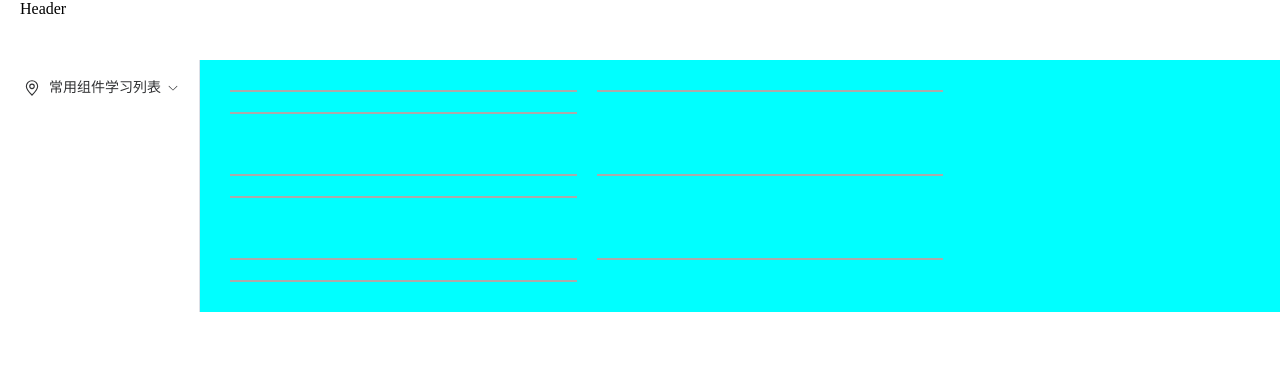
Repository: 553559555/vue3-project
Page: /#/index (app in vue3-app/)
An editor plug-in stored every save of this project. The page is shown before and after the next save, followed by the edit.
The browser window is 1280 px wide. The pictures show the whole page.
The project was rebuilt for these pictures with package versions that can differ from the ones it lists, and the page was loaded fresh each time. Also part of the build but not shown: vue3-app/vite.config.ts.

Above is the page before, as saved 2025-03-24 10:51:40.

After the next save:
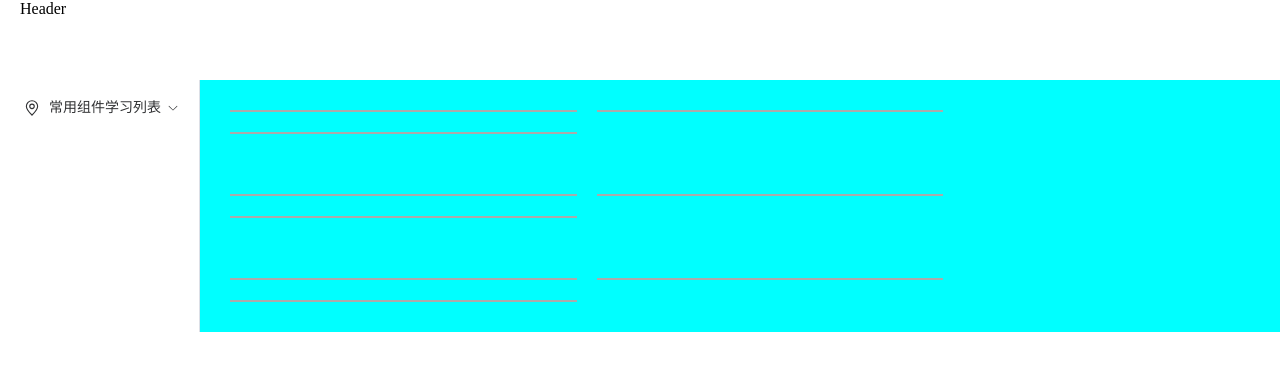
Saved 54 s later.
--- a/vue3-app/src/views/index.vue
+++ b/vue3-app/src/views/index.vue
@@ -28,6 +28,9 @@ div {
     height: 100vh;
     box-sizing: border-box;
 
+    .el-header {
+        height: 80px;
+    }
 
     .el-main {
         margin: 0px;
